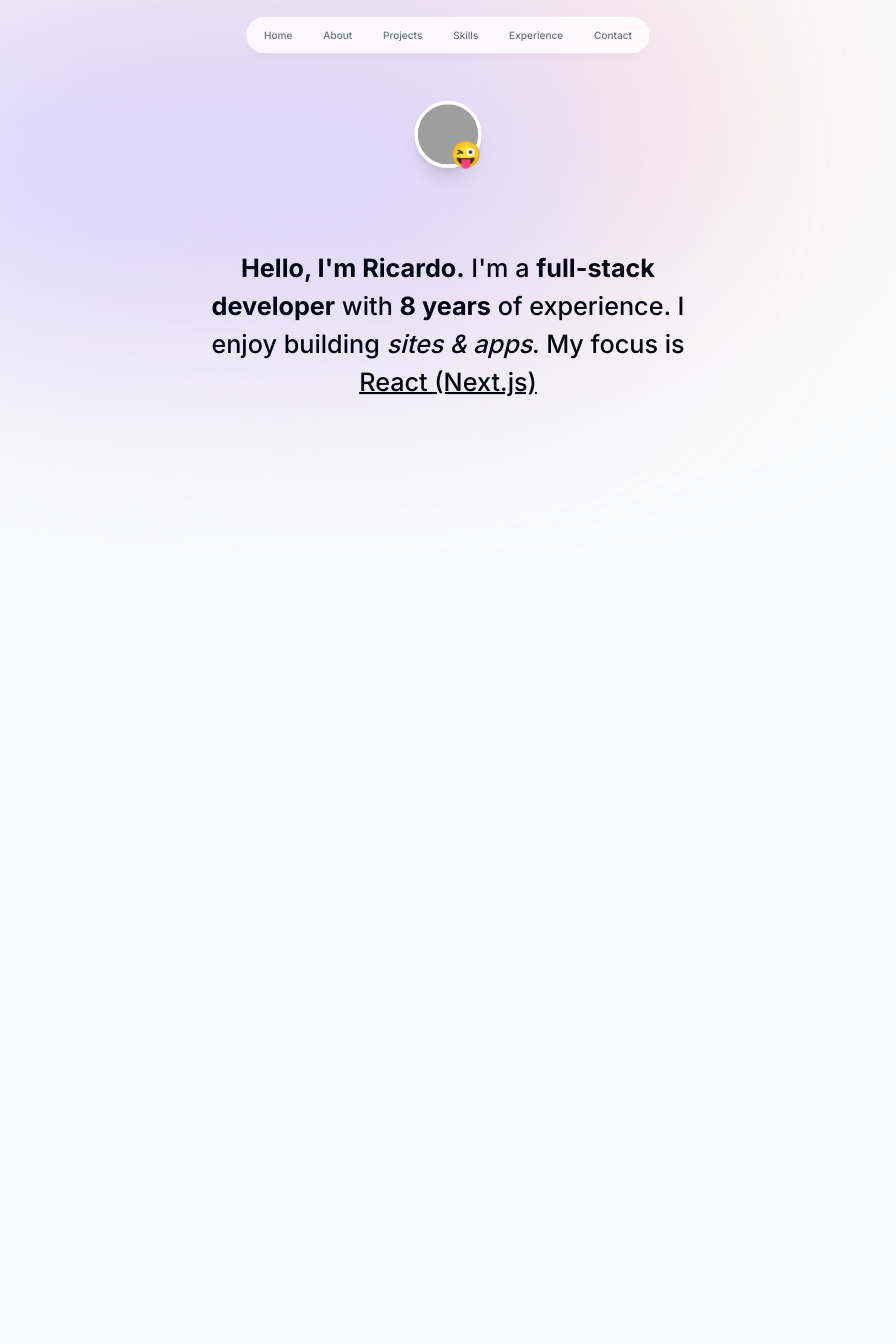
Repository: YUKIKAZE-nanoda/personal-protfolio
Page: /
These files come from the project's save history. The page is drawn as it stood at one moment and after a run of saves; the edit follows.
The browser window is 1280 px wide. The pictures show the part of the page from y = 0 to 1920 px (the page is 5000 px tall), at 70% of full size.
Pictures or frames that could not be fetched are drawn as grey boxes. The project was rebuilt for these pictures with package versions that can differ from the ones it lists, and the page was loaded fresh each time. The framework's server and built-in components were replaced by stand-ins that run in the browser. Also part of the build but not shown: next.config.js.

Above is the page before, as saved 2023-09-19 15:55:12.

### app/layout.tsx
import './globals.css'
import type { Metadata } from 'next'
import { Inter } from 'next/font/google'
import Header from '@/components/header'

const inter = Inter({ subsets: ['latin'] })

export const metadata: Metadata = {
  title: 'shigure|个人简历',
  description: '练习ts和nsxtjs',
}

export default function RootLayout({
  children,
}: {
  children: React.ReactNode
}) {
  return (
    <html lang="en">
      <body className={`${inter.className} bg-gray-50 text-gray-950 relative h-[5000px] pt-28 sm:pt-36`}>
        <div className="bg-[#fbe2e3] absolute top-[-6rem] -z-10 right-[11rem] h-[31.25rem] w-[31.25rem] rounded-full blur-[10rem] sm:w-[68.65rem]"></div>
        <div className="bg-[#dbd7fb] absolute top-[-1rem] -z-10 left-[-35rem] h-[31.25rem] w-[50rem] rounded-full blur-[10rem] sm:w-[68.65rem] md:left-[-33rem] lg:left-[-28rem] xl:left-[-15rem] 2xl:left-[-5rem]">

        </div>
        <Header/>

        {children}</body>
    </html>
  )
}

### app/page.tsx
import Intro from '@/components/intro'
import Image from 'next/image'

export default function Home() {
  return (
    <main className="flex flex-col items-center px-4 ">
      <Intro/>

    </main>
  )
}

### components/header.tsx
'use client'
import React from 'react'
import { motion } from "framer-motion"
import { links } from '@/lib/data'
import Link from 'next/link'
export default function Header() {
    return (
        <header className='z-[999] relative'>
            <motion.div className='fixed top-0 left-1/2  h-[4.5rem] w-full rounded-none
            border border-white border-opacity-40 bg-white  bg-opacity-80 shadow-lg
             shadow-black/[0.03] backdrop-blur-[0.5rem] sm:top-6 sm:h-[3.25rem] sm:w-[36rem] sm:rounded-full'
                initial={{ y: -100, x: "-50%", opacity: 0 }}
                animate={{ y: 0, x: "-50%", opacity: 1 }}
            >

            </motion.div>
            <nav className='flex fixed top-[0.15rem] left-1/2 h-12 -translate-x-1/2 py-2 sm:top-[1.7rem] sm:h-[initial] sm:py-0'>
                <ul className='flex w-[22rem] flex-wrap items-center justify-center  gap-y-1 text-[0.9rem] font-medium  text-gray-500 sm:w-[initial] sm:flex-nowrap sm:gap-5'>
                    {links.map(link => (
                        <motion.li key={link.hash} initial={{ y: -100, opacity: 0 }} animate={{ y: 0, opacity: 1 }} className='h-3/4 flex items-center justify-center ' >
                            <Link className="flex w-full items-center  justify-center px-3 py-3 hover:text-gray-950 transtion" href={link.hash}>
                                {link.name}
                            </Link>
                        </motion.li>
                    ))}
                </ul>
            </nav>
        </header>
    )
}

### components/intro.tsx
'use client'
import { motion } from 'framer-motion'
import Image from 'next/image'
import React from 'react'

export default function Intro() {
  return (
    <section className=' mb-28 max-w-[50rem] text-center sm:mb-0 '>
      <div className='flex items-center justify-center'>
        <div className='relative'>
          <motion.div initial={{ opacity: 0, scale: 0 }}
            animate={{ opacity: 1, scale: 1 }}
            transition={{ type: "tween", duration: 0.25 }}>
            <Image src="https://unsplash.com/photos/a-plate-of-peanut-butter-and-banana-slices-Mt7cBpvCpF4"
              alt='shigure'
              width="192"
              height="192"
              quality="95"
              priority={true}
              className='h-24 w-24 rounded-full object-cover border-[0.35rem] border-white shadow-xl'
            />
          </motion.div>

          <motion.span className='absolute text-4xl bottom-0 right-0'
            initial={{ opacity: 0, scale: 0 }}
            animate={{ opacity: 1, scale: 1 }}
            transition={{
              type: 'spring',
              stiffness: 125,
              delay: 0.1,
              duration: 0.7
            }}
          >
            😜
          </motion.span>
        </div>
      </div>
      <motion.p className='mb-10 mt-4 px-4 text-2xl font-medium !leading-[1.5] sm:text-4xl
      '
      initial={{opacity:0,y:100}}
      animate={{opacity:1}}>
        <span className="font-bold">Hello, I'm Ricardo.</span> I'm a{" "}
        <span className="font-bold">full-stack developer</span> with{" "}
        <span className="font-bold">8 years</span> of experience. I enjoy
        building <span className="italic">sites & apps</span>. My focus is{" "}
        <span className="underline">React (Next.js)</span>
      </motion.p>
    </section>
  )
}

Loaded but not shown: app/globals.css (common file); lib/data.ts (common file); tailwind.config.ts (common file)

After the next 3 saves:
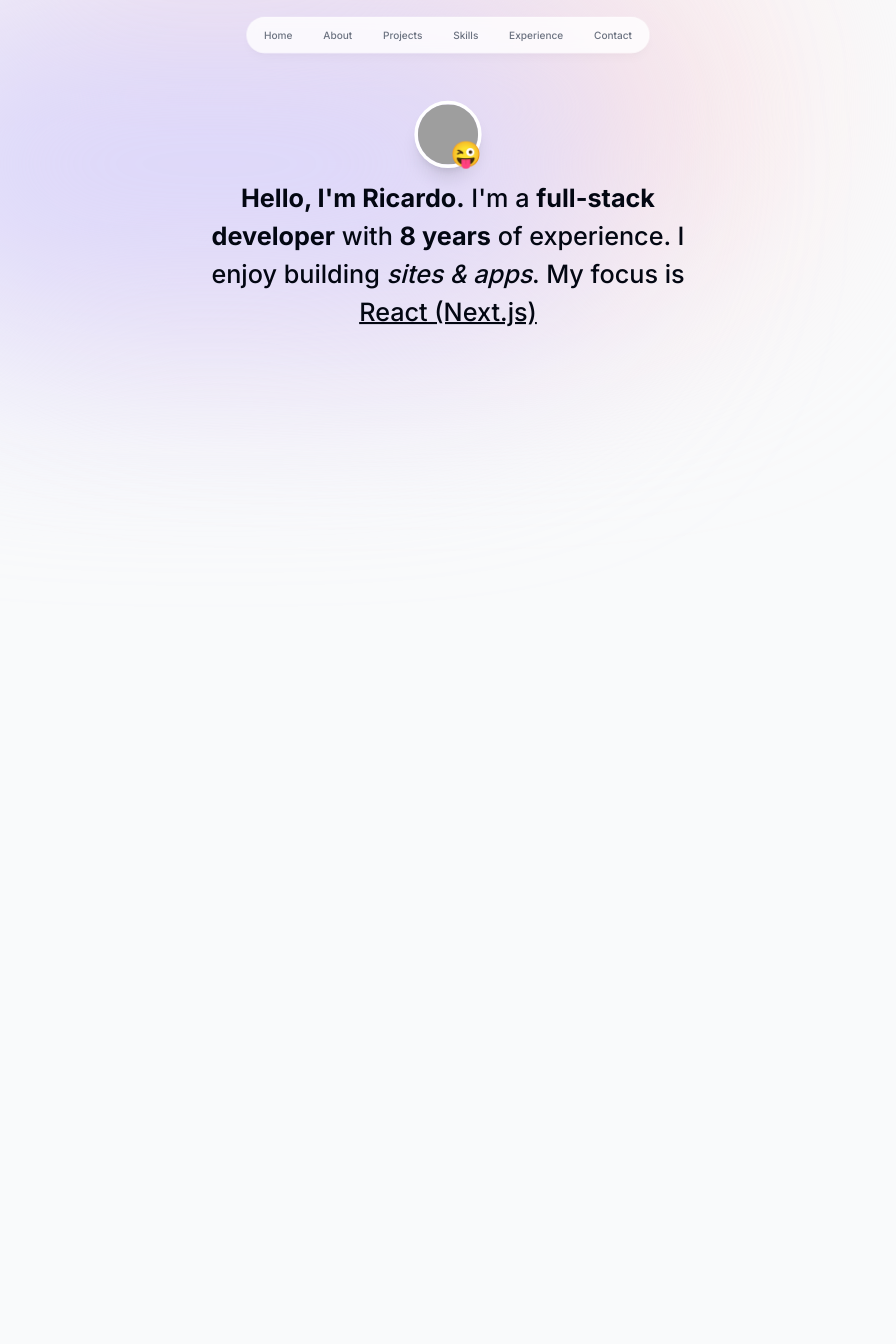
The 3 saves are shown as one change because they came seconds apart.
The last was saved 8 s later.
--- a/components/intro.tsx
+++ b/components/intro.tsx
@@ -38,7 +38,7 @@ export default function Intro() {
       <motion.p className='mb-10 mt-4 px-4 text-2xl font-medium !leading-[1.5] sm:text-4xl
       '
       initial={{opacity:0,y:100}}
-      animate={{opacity:1}}>
+      animate={{opacity:1,y:0}}>
         <span className="font-bold">Hello, I'm Ricardo.</span> I'm a{" "}
         <span className="font-bold">full-stack developer</span> with{" "}
         <span className="font-bold">8 years</span> of experience. I enjoy
